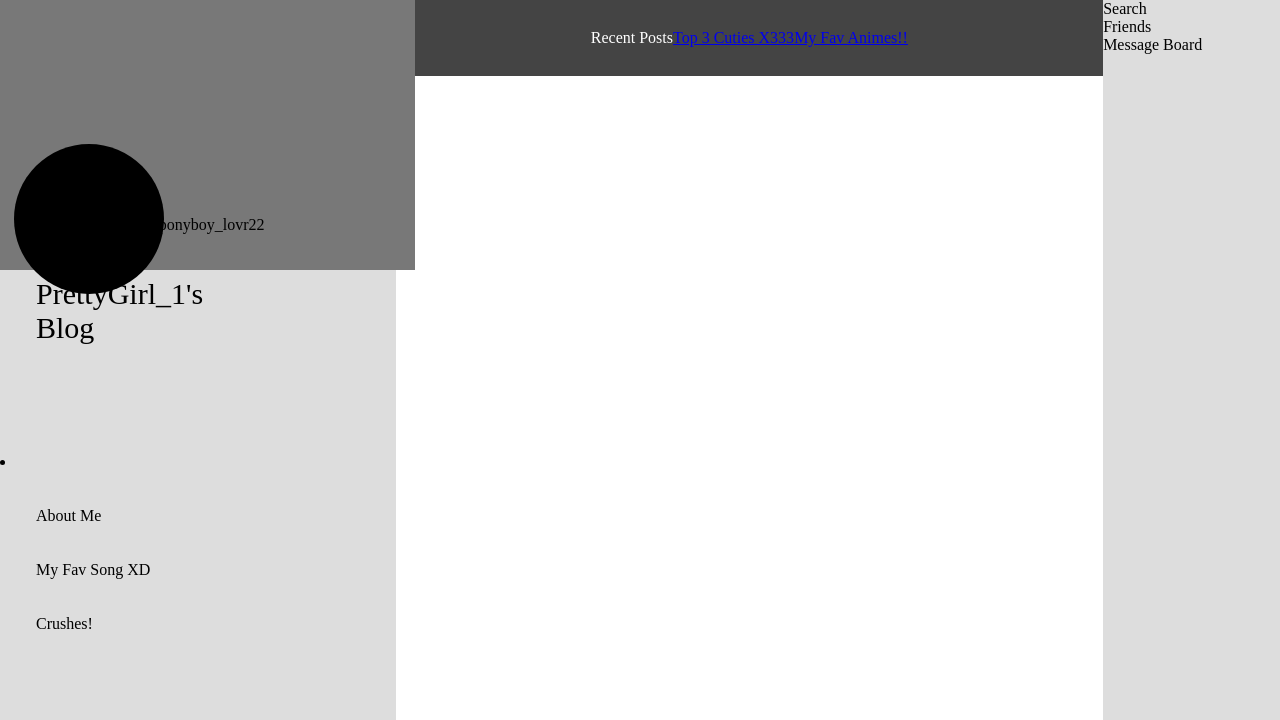
Repository: Jennica1/Frontend-Final
Page: index.html
The author's editor kept a copy of each file at every save. The page is drawn from the files as they stood at one save, then again after the next save.
The browser window is 1280 px wide. The pictures show the whole page.

Above is the page before, as saved 2024-05-16 19:47:53.

After the next save:
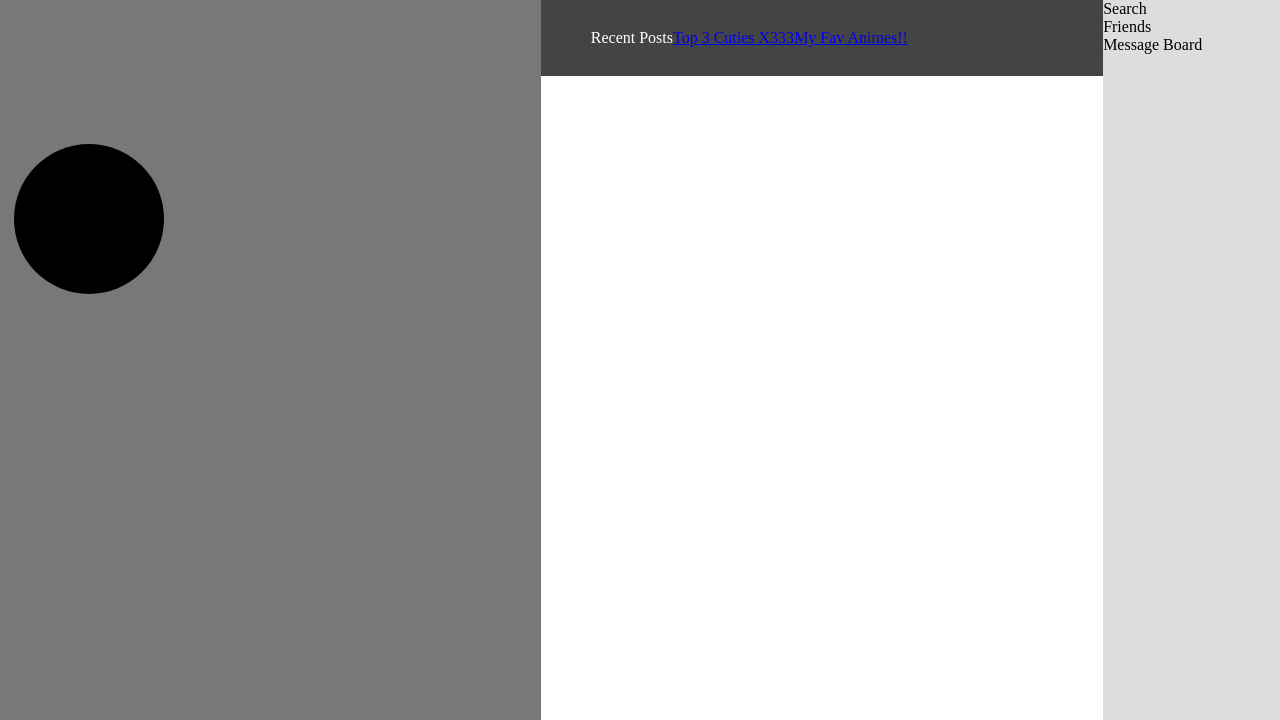
Saved 15 s later.
--- a/style.css
+++ b/style.css
@@ -38,8 +38,11 @@
 }
 
 .background-photo {
-  z-index: -5;
   position: absolute;
+  top: 0;
+  left: 0;
+  width: calc(100% + 9.1rem); /* Adjust width based on sidebar width and padding */
+  height: 100%; /* Ensure the background photo fills the entire height */
   object-fit: cover;
 
 }
